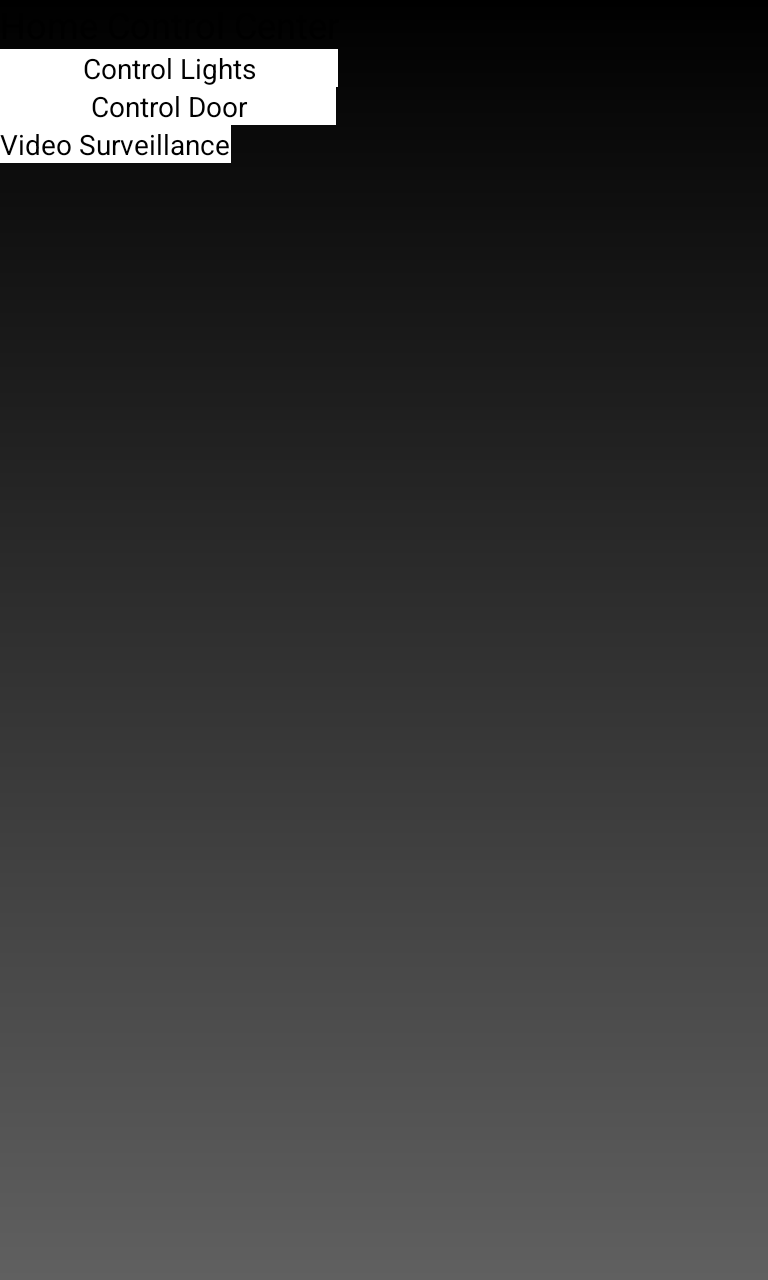
Repository: Teketel/hujeManiita
Layout: workspace/android/Besso/res/layout/center_activity.xml
These files come from the project's save history. The layout is drawn as it stood at one moment and after a run of saves; the edit follows.
It is drawn on a 768 x 1280 px phone screen (xhdpi) without system bars, with theme AppTheme; the app's code is not run.

Above is the layout before, as saved 2013-04-04 19:46:10.

After the next 4 saves:
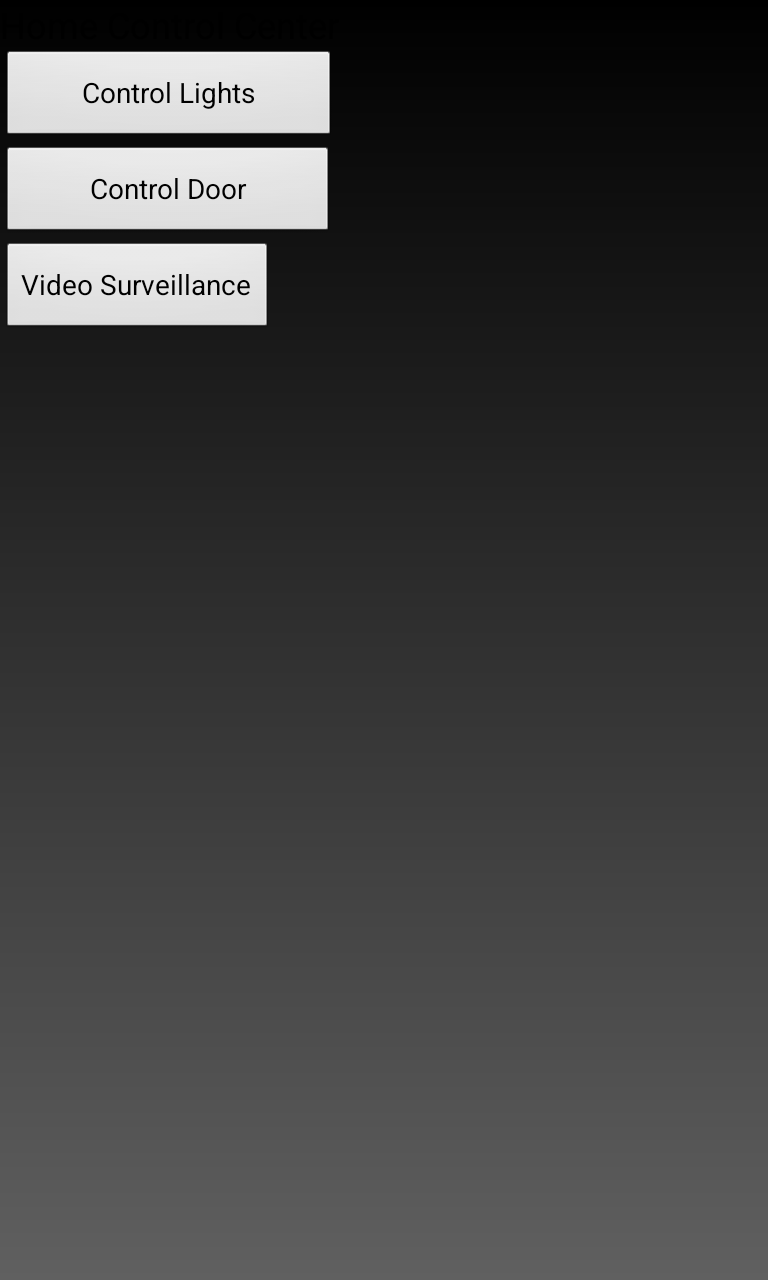
The 4 saves are shown as one change because 3 did not build or start.
The last was saved 4 min 19 s later.
--- a/workspace/android/Besso/res/layout/center_activity.xml
+++ b/workspace/android/Besso/res/layout/center_activity.xml
@@ -17,20 +17,19 @@
         android:id="@+id/Lights"
         android:layout_width="169dp"
         android:layout_height="wrap_content"
-        android:text="Control Lights"
-        android:background="@color/txtClr"/>
+        android:text="Control Lights" />
+        <!--android:background="@color/txtClr" -->
     <Button
         android:id="@+id/Door"
         android:layout_width="168dp"
         android:layout_height="wrap_content"
-        android:text="Control Door"
-        android:background="@color/txtClr" />
-
+        android:text="Control Door"/>
+        <!--android:background="@color/txtClr" -->
     <Button
         android:id="@+id/Camera"
         android:layout_width="wrap_content"
         android:layout_height="wrap_content"
-        android:text="Video Surveillance"
-        android:background="@color/txtClr" />
+        android:text="Video Surveillance"/>
+        <!--android:background="@color/txtClr" -->
 
 </LinearLayout>
